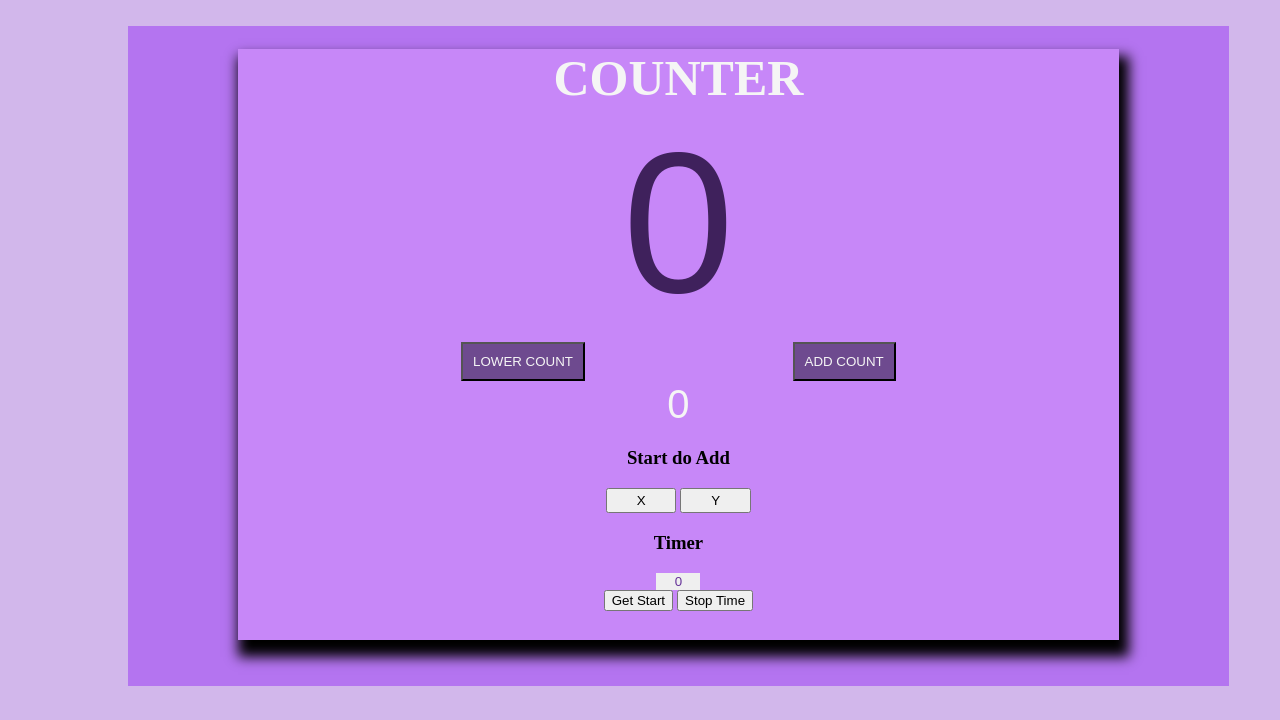
Repository: AnahitKhechumyan/Counter
Page: index.html
The author's editor kept a copy of each file at every save. The page is drawn from the files as they stood at one save, then again after the next save.
The browser window is 1280 px wide. The pictures show the whole page.

Above is the page before, as saved 2022-02-14 22:41:34.

After the next save:
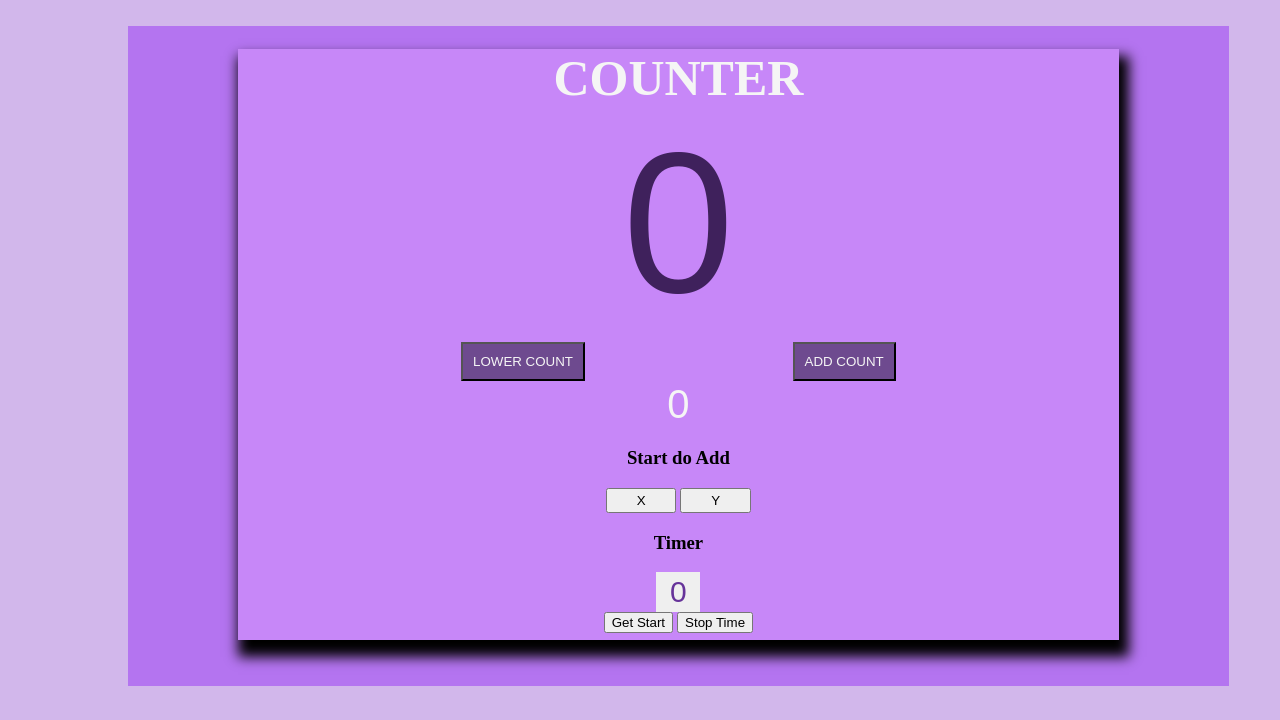
Saved 35 s later.
--- a/style.css
+++ b/style.css
@@ -69,6 +69,8 @@ body{
     padding:3px;
 }
 .timer{
+    padding:3px;
+    font-size: 30px;
    width: 5%;
    border:none;
    color:rebeccapurple;
